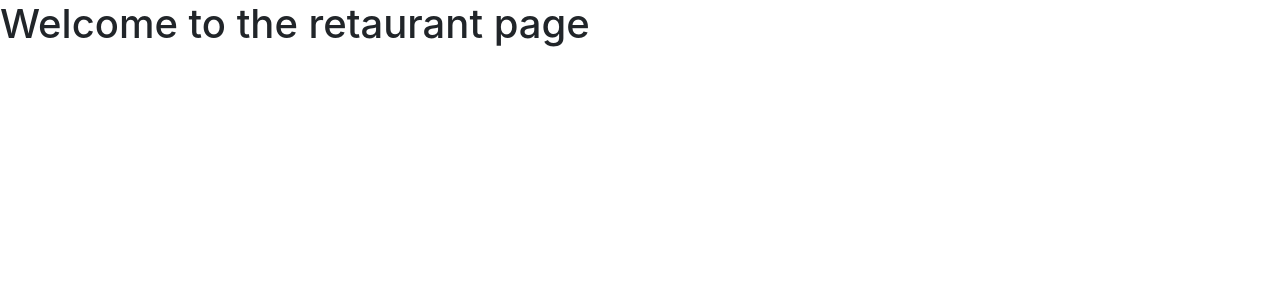
Repository: leonmezu1/Js-Rest
Page: index.html
The author's editor kept a copy of each file at every save. The page is drawn from the files as they stood at one save, then again after the next save.
The browser window is 1280 px wide. The pictures show the whole page.
Some web libraries are served in a nearby version.

Above is the page before, as saved 2020-06-05 10:50:36.

After the next save:
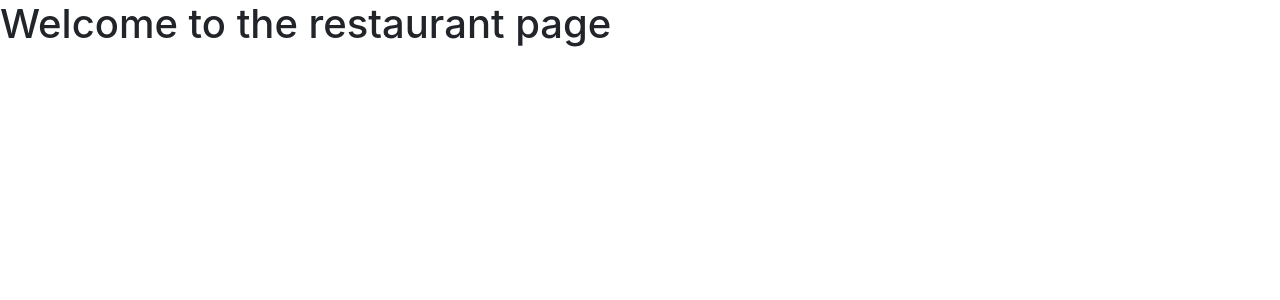
Saved 3 s later.
--- a/index.html
+++ b/index.html
@@ -10,7 +10,7 @@
   </head>
   <body>
     <main>
-      <h1 class="title">Welcome to the retaurant page</h1>
+      <h1 class="title">Welcome to the restaurant page</h1>
     </main>
     <footer></footer>
   </body>
